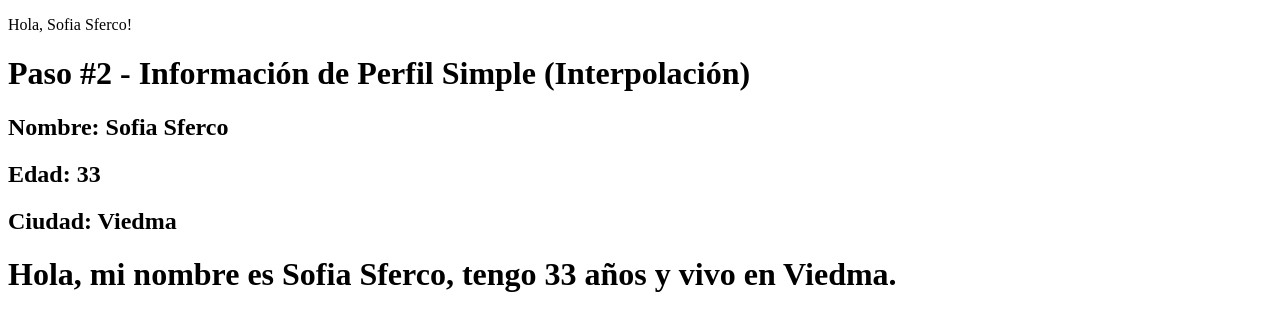
Repository: SofiaSferco/PWA-2026
Page: practico01/index.html
An editor plug-in stored every save of this project. The page is shown before and after a run of saves, followed by the edit.
The browser window is 1280 px wide. The pictures show the whole page.

Above is the page before, as saved 2026-09-10 00:19:52.

After the next 7 saves:
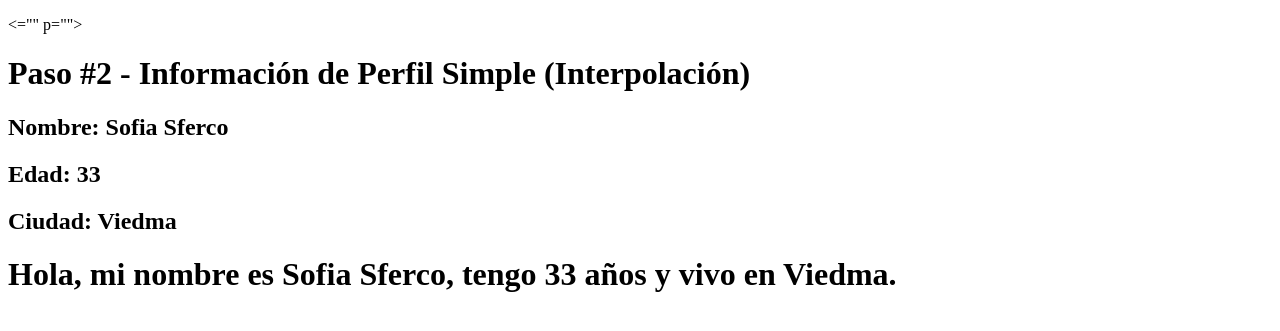
The 7 saves are shown as one change because they came seconds apart.
The last was saved 16 s later.
--- a/practico01/index.html
+++ b/practico01/index.html
@@ -7,7 +7,7 @@
 </head>
 <body>
     <div id="app">
-        <p>Hola, {{nombre}}!</p>
+        <p><h1 </p>
         <h1>Paso #2 - Información de Perfil Simple (Interpolación)</h1>
         <h2>Nombre: {{nombre}}</h2>
         <h2>Edad: {{edad}}</h2>
